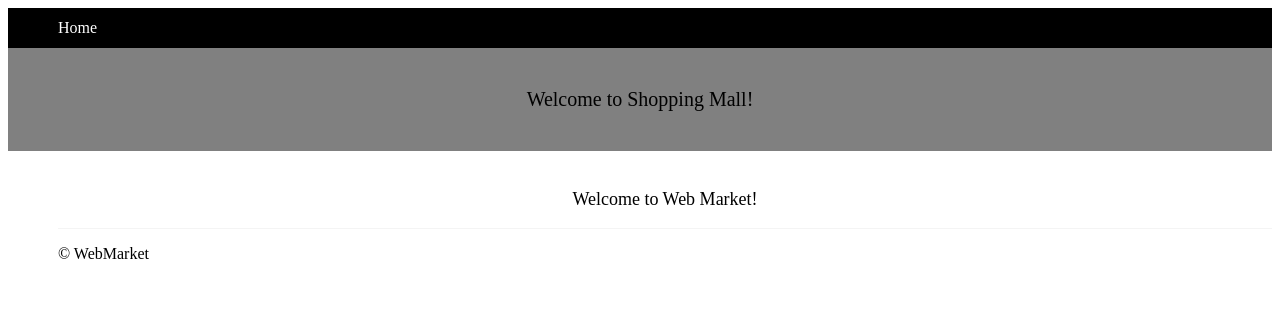
Repository: sunyeongan/Univ_lecture
Page: http://localhost/week7_jsp/ex5.jsp
An editor plug-in stored every save of this project. The page is shown before and after the next save, followed by the edit.
The browser window is 1280 px wide. The pictures show the whole page.
The page is served by Tomcat 9.

Above is the page before, as saved 2022-04-14 03:09:27.

After the next save:
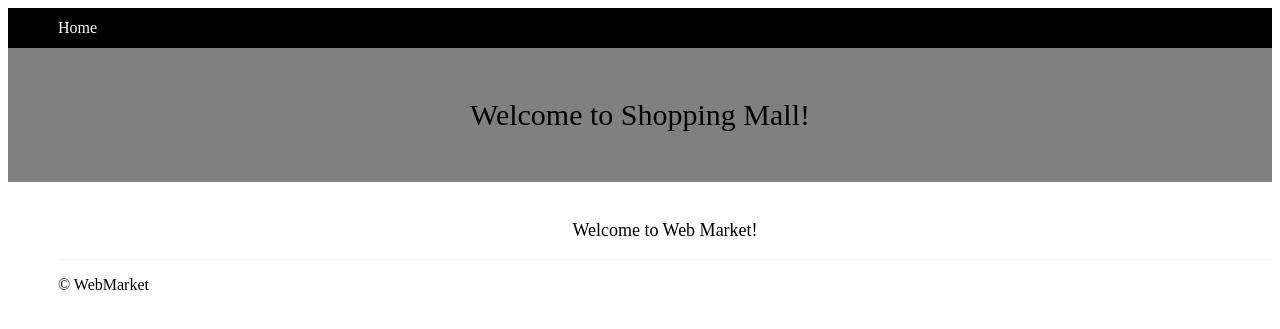
Saved 7 s later.
--- a/WebSever_2022/work/week7/week7_jsp/src/main/webapp/ex5.jsp
+++ b/WebSever_2022/work/week7/week7_jsp/src/main/webapp/ex5.jsp
@@ -18,7 +18,7 @@
 	.main{
 		padding : 20px 0;
 		background-color : grey;
-		font-size : 20px;
+		font-size : 30px;
 
 	}
 	.mid{
